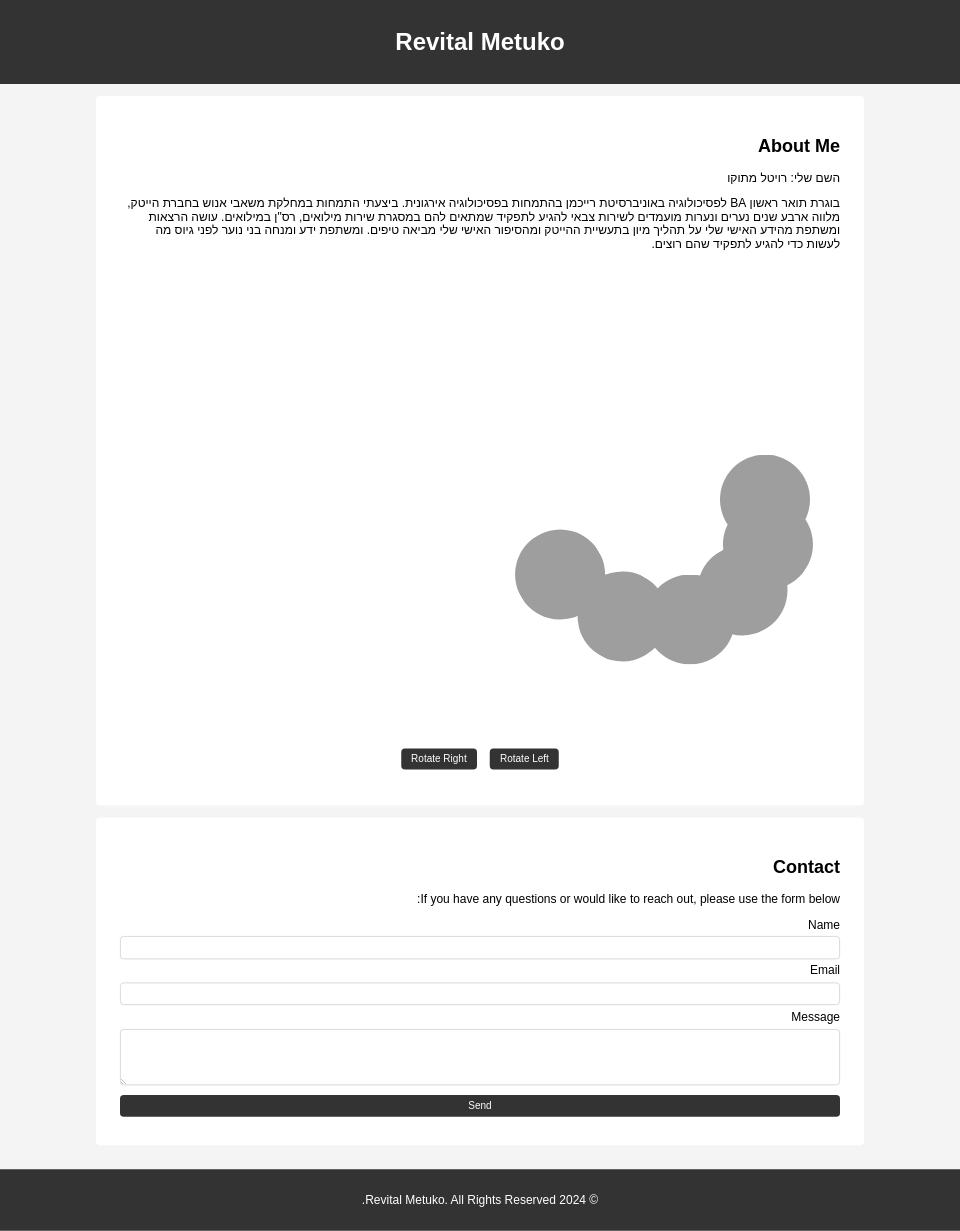
Repository: revitalmetuko/spiral-gallery
Page: RevitalWeb/index.html
These files come from the project's save history. The page is drawn as it stood at one moment and after the next save; the edit follows.
The browser window is 1280 px wide. The pictures show the whole page, at 75% of full size.
Pictures or frames that could not be fetched are drawn as grey boxes.

Above is the page before, as saved 2024-08-03 22:29:33.

After the next save:
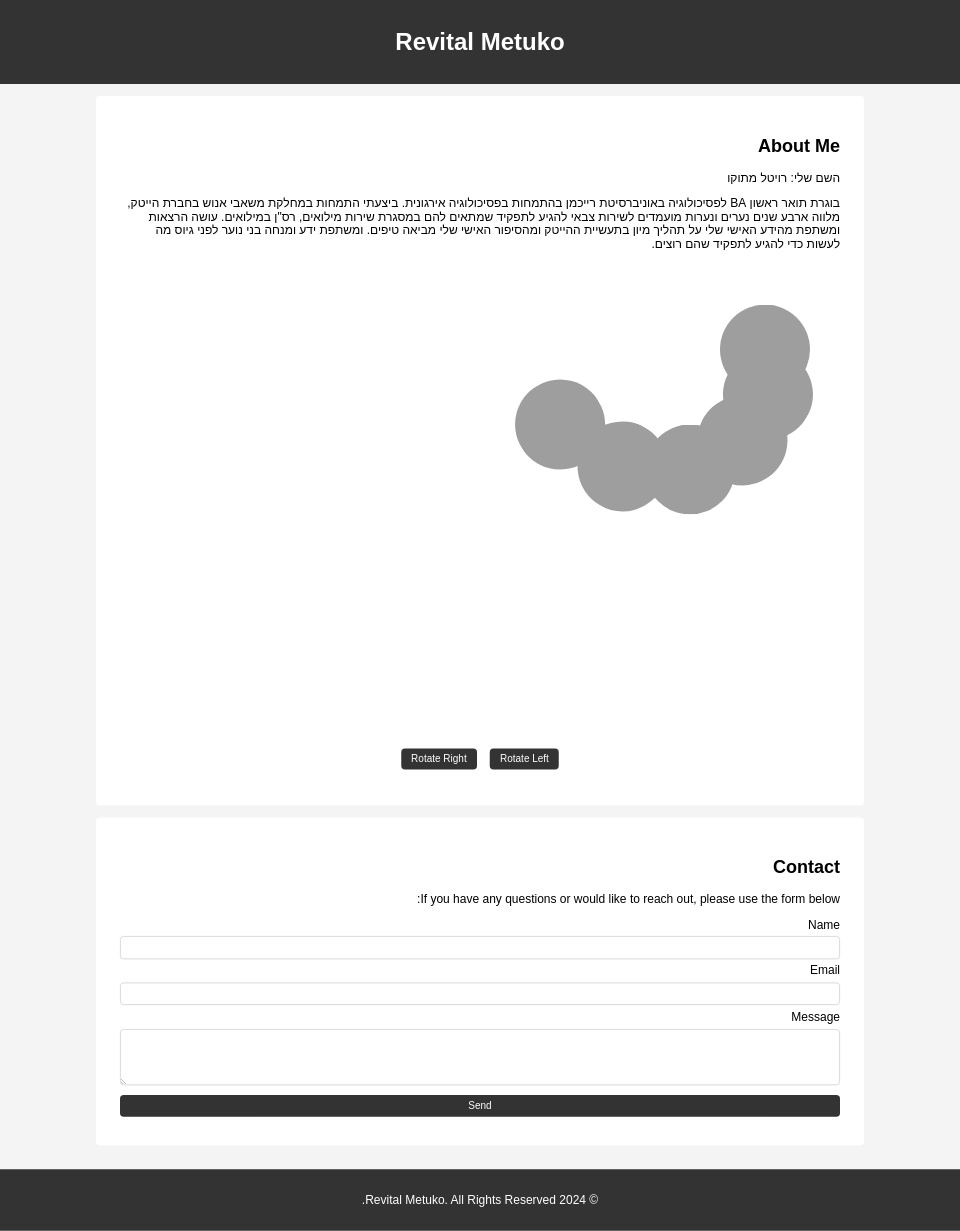
Saved 19 s later.
--- a/RevitalWeb/index.html
+++ b/RevitalWeb/index.html
@@ -130,7 +130,7 @@
     <script>
         const images = document.querySelectorAll('.spiral-container img');
         const centerX = 100;
-        const centerY = 300;
+        const centerY = 100;
         const radiusStep = 20;
         let currentRadius = 100;
         const angleStep = 30;
